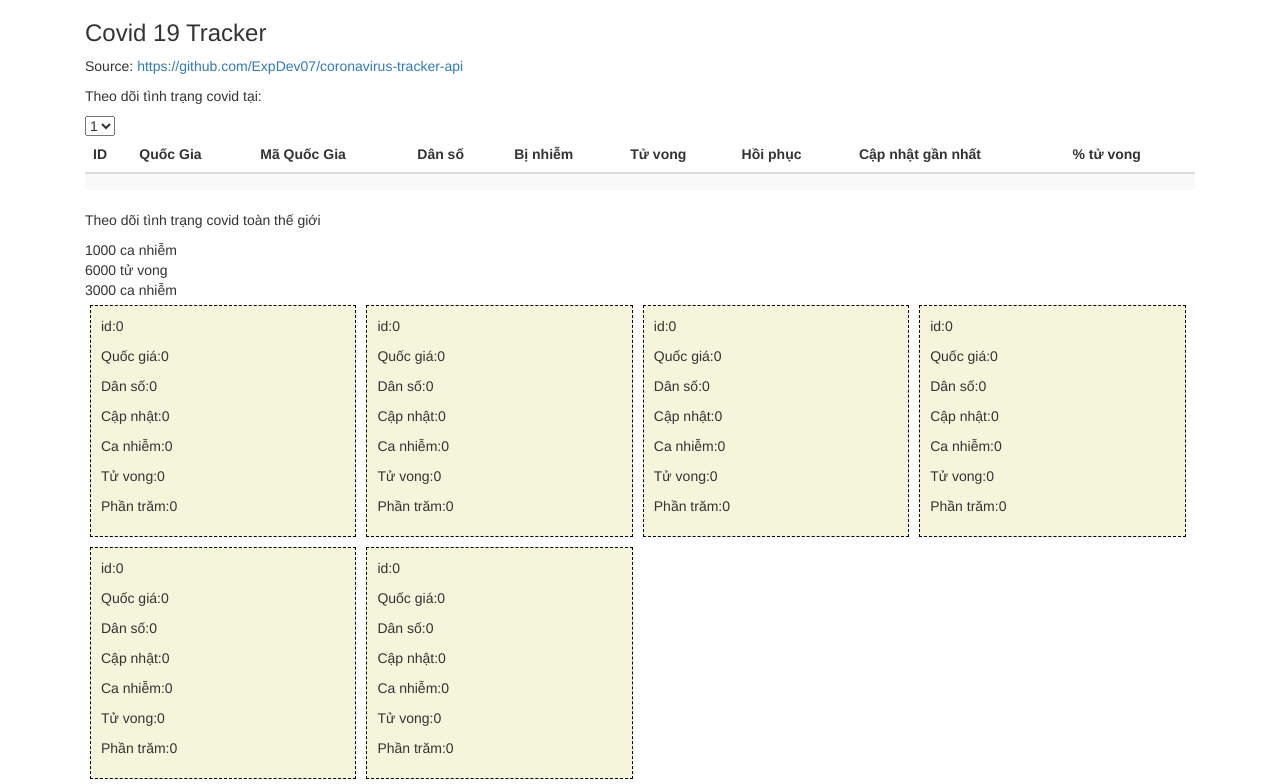
Repository: critdang/electro_store
Page: javascript_project/covid_tracker/index.html
An editor plug-in stored every save of this project. The page is shown before and after the next save, followed by the edit.
The browser window is 1280 px wide. The pictures show the whole page.
The page's requests for data from a server got no answer.

Above is the page before, as saved 2021-09-24 11:22:17.
Console error (its wording comes from the project's code and is left out).

### javascript_project/covid_tracker/index.html
<!DOCTYPE html>
<html lang="en">
<head>
    <meta charset="UTF-8">
    <meta name="viewport" content="width=device-width, initial-scale=1.0">
    <title>Covid Tracker</title>
        <!-- Latest compiled and minified CSS -->
    <link rel="stylesheet" href="https://maxcdn.bootstrapcdn.com/bootstrap/3.3.7/css/bootstrap.min.css" integrity="sha384-BVYiiSIFeK1dGmJRAkycuHAHRg32OmUcww7on3RYdg4Va+PmSTsz/K68vbdEjh4u" crossorigin="anonymous">

    <!-- Optional theme -->
    <link rel="stylesheet" href="https://maxcdn.bootstrapcdn.com/bootstrap/3.3.7/css/bootstrap-theme.min.css" integrity="sha384-rHyoN1iRsVXV4nD0JutlnGaslCJuC7uwjduW9SVrLvRYooPp2bWYgmgJQIXwl/Sp" crossorigin="anonymous">

    <style type="text/css">
        ul.list_world{
            padding: 0;
            margin: 0;
            list-style: none;
        }
        ul.list_world li{
            border: 1px dashed #000;
            width: 24%;
            padding: 10px;
            margin: 5px;
            background: beige;
            float: left;
        }
    </style>

</head>
<body>
    <div class ="container">
        <div class="col-md-12">
            <h3>Covid 19 Tracker</h3>
            <p> Source: <a href="">https://github.com/ExpDev07/coronavirus-tracker-api</a></p>

            <p>Theo dõi tình trạng covid tại: <div id:"title"></div></p>
            <select>
                <option>1</option>
            </select>
            <table class="table table-striped">
                <thead>
                  <tr>
                    <th>ID</th>
                    <th>Quốc Gia</th>
                    <th>Mã Quốc Gia</th>
                    <th>Dân số</th>
                    <th>Bị nhiễm</th>
                    <th>Tử vong</th>
                    <th>Hồi phục</th>
                    <th>Cập nhật gần nhất</th>
                    <th>% tử vong</th>

                  </tr>
                </thead>
                <tbody>
                  <tr>
                    <td><div id="id"></div></td>
                    <td><div id="quocgia"></div></td>
                    <td><div id="code"></div></td>
                    <td><div id="danso"></div></td>
                    <td><div id="canhiem"></div></td>
                    <td><div id="tuvong"></div></td>
                    <td><div id="hoiphuc"></div></td>
                    <td><div id="capnhat"></div></td>
                    <td><div id="phantram"></div></td>
                  </tr>
                  <tr>
                  </tr>
                </tbody>
              </table>
              <!---world-->
              <p>Theo dõi tình trạng covid toàn thế giới</p>
              <div id="total" >1000 ca nhiễm</div>
              <div id="total_tuvong" >6000 tử vong</div>
              <div id="total_phuchoi" >3000 ca nhiễm</div>
              <ul class="list_world">
                <li>
                    <p> id:0</p>
                    <p> Quốc giá:0</p>
                    <p> Dân số:0</p>
                    <p> Cập nhật:0</p>
                    <p> Ca nhiễm:0</p>
                    <p> Tử vong:0</p>
                    <p> Phần trăm:0</p>
                </li>
                <li>
                    <p> id:0</p>
                    <p> Quốc giá:0</p>
                    <p> Dân số:0</p>
                    <p> Cập nhật:0</p>
                    <p> Ca nhiễm:0</p>
                    <p> Tử vong:0</p>
                    <p> Phần trăm:0</p>
                </li>
                <li>
                    <p> id:0</p>
                    <p> Quốc giá:0</p>
                    <p> Dân số:0</p>
                    <p> Cập nhật:0</p>
                    <p> Ca nhiễm:0</p>
                    <p> Tử vong:0</p>
                    <p> Phần trăm:0</p>
                </li>
                <li>
                    <p> id:0</p>
                    <p> Quốc giá:0</p>
                    <p> Dân số:0</p>
                    <p> Cập nhật:0</p>
                    <p> Ca nhiễm:0</p>
                    <p> Tử vong:0</p>
                    <p> Phần trăm:0</p>
                </li>
                <li>
                    <p> id:0</p>
                    <p> Quốc giá:0</p>
                    <p> Dân số:0</p>
                    <p> Cập nhật:0</p>
                    <p> Ca nhiễm:0</p>
                    <p> Tử vong:0</p>
                    <p> Phần trăm:0</p>
                </li>
                <li>
                    <p> id:0</p>
                    <p> Quốc giá:0</p>
                    <p> Dân số:0</p>
                    <p> Cập nhật:0</p>
                    <p> Ca nhiễm:0</p>
                    <p> Tử vong:0</p>
                    <p> Phần trăm:0</p>
                </li>
              </ul>
        </div>
    </div>
</body>
<!-- Latest compiled and minified JavaScript -->
<script src="https://maxcdn.bootstrapcdn.com/bootstrap/3.3.7/js/bootstrap.min.js" integrity="sha384-Tc5IQib027qvyjSMfHjOMaLkfuWVxZxUPnCJA7l2mCWNIpG9mGCD8wGNIcPD7Txa" crossorigin="anonymous"></script>
<script type="text/javascript" src="app.js"></script>
<!--  phải để dưới body vì chạy cấu trúc DOM trước -->
</html>

### javascript_project/covid_tracker/app.js
getCovidWorld();
getCovidCountry();
function getCovidCountry(){
    fetch('https://coronavirus-tracker-api.herokuapp.com/v2/locations/274')
        .then(res => res.json())//trả về API kiểu json
        .then(data => {
            console.log(data)
            let id = data.location.id;
            let code = data.location.country_code;
            let quocgia = data.location.country;
            let danso = data.location.country_population;
            let capnhat = data.location.last_updated;
            let canhiem = data.location.latest.confirmed;
            let hoiphuc = data.location.latest.recovered;
            let tuvong = data.location.latest.deaths;


            document.getElementById('id').innerHTML = id;
            document.getElementById('quocgia').innerHTML = quocgia.toLocaleString("en");// hiện thị kiểu tiếng anh
            document.getElementById('code').innerHTML = code.toLocaleString("en");
            document.getElementById('danso').innerHTML = danso.toLocaleString("en");
            document.getElementById('capnhat').innerHTML = capnhat.substring(0,10);
            document.getElementById('canhiem').innerHTML = canhiem.toLocaleString("en");
            document.getElementById('tuvong').innerHTML = tuvong.toLocaleString("en");
            document.getElementById('hoiphuc').innerHTML = hoiphuc.toLocaleString("en");
            document.getElementById('phantram').innerHTML = ((Number(tuvong)/Number(canhiem))*100).toLocaleString("en",{minimumFractionDigits:2,maximumFractionDigits:2})+"%";

        });//data
}
function getCovidWorld(){
    fetch('https://coronavirus-tracker-api.herokuapp.com/v2/locations')
    .then(res => res.json())//trả về API kiểu json
    .then(data => {
        const html = data.locations.map(covid => {
            // tất cả dữ liệu bỏ vào biến covid
            const id = data.location.id;
            const code = data.location.country_code;
            const quocgia = data.location.country;
            const danso = data.location.country_population;
            const capnhat = data.location.last_updated;
            const canhiem = data.location.latest.confirmed;
            const hoiphuc = data.location.latest.recovered;
            const tuvong = data.location.latest.deaths;


        // document.getElementById('id').innerHTML = id;
        // document.getElementById('quocgia').innerHTML = quocgia.toLocaleString("en");// hiện thị kiểu tiếng anh
        // document.getElementById('code').innerHTML = code.toLocaleString("en");
        // document.getElementById('danso').innerHTML = danso.toLocaleString("en");
        // document.getElementById('capnhat').innerHTML = capnhat.substring(0,10);
        // document.getElementById('canhiem').innerHTML = canhiem.toLocaleString("en");
        // document.getElementById('tuvong').innerHTML = tuvong.toLocaleString("en");
        // document.getElementById('hoiphuc').innerHTML = hoiphuc.toLocaleString("en");
        // document.getElementById('phantram').innerHTML = ((Number(tuvong)/Number(canhiem))*100).toLocaleString("en",{minimumFractionDigits:2,maximumFractionDigits:2})+"%";
            return `
            <ul class="list_world">
                <li>
                    <p> id:0</p>
                    <p> Quốc giá:0</p>
                    <p> Dân số:0</p>
                    <p> Cập nhật:0</p>
                    <p> Ca nhiễm:0</p>
                    <p> Tử vong:0</p>
                    <p> Phần trăm:0</p>
                </li>
              </ul>
            `
    }).join("");
    document.getElementById("list").insertAdjacentHTML("afterbegin",html);
    });
}

After the next save:
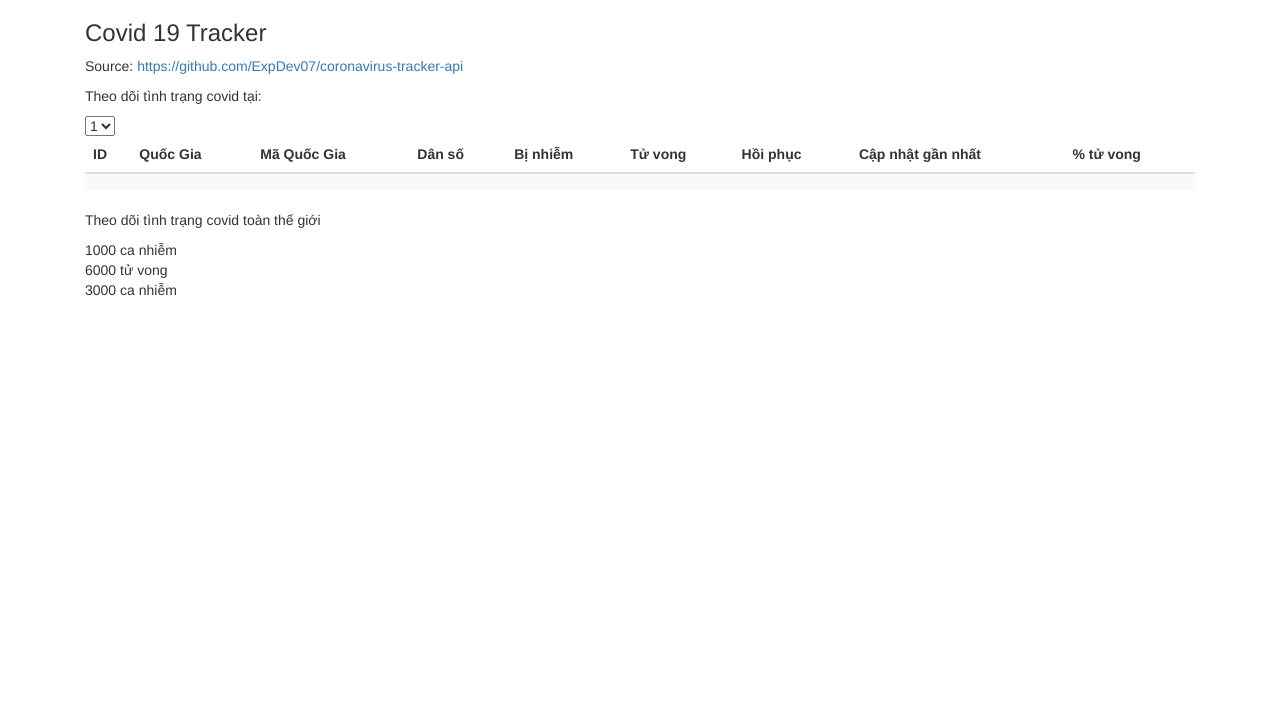
Saved 28 s later.
--- a/javascript_project/covid_tracker/index.html
+++ b/javascript_project/covid_tracker/index.html
@@ -73,62 +73,7 @@
               <div id="total" >1000 ca nhiễm</div>
               <div id="total_tuvong" >6000 tử vong</div>
               <div id="total_phuchoi" >3000 ca nhiễm</div>
-              <ul class="list_world">
-                <li>
-                    <p> id:0</p>
-                    <p> Quốc giá:0</p>
-                    <p> Dân số:0</p>
-                    <p> Cập nhật:0</p>
-                    <p> Ca nhiễm:0</p>
-                    <p> Tử vong:0</p>
-                    <p> Phần trăm:0</p>
-                </li>
-                <li>
-                    <p> id:0</p>
-                    <p> Quốc giá:0</p>
-                    <p> Dân số:0</p>
-                    <p> Cập nhật:0</p>
-                    <p> Ca nhiễm:0</p>
-                    <p> Tử vong:0</p>
-                    <p> Phần trăm:0</p>
-                </li>
-                <li>
-                    <p> id:0</p>
-                    <p> Quốc giá:0</p>
-                    <p> Dân số:0</p>
-                    <p> Cập nhật:0</p>
-                    <p> Ca nhiễm:0</p>
-                    <p> Tử vong:0</p>
-                    <p> Phần trăm:0</p>
-                </li>
-                <li>
-                    <p> id:0</p>
-                    <p> Quốc giá:0</p>
-                    <p> Dân số:0</p>
-                    <p> Cập nhật:0</p>
-                    <p> Ca nhiễm:0</p>
-                    <p> Tử vong:0</p>
-                    <p> Phần trăm:0</p>
-                </li>
-                <li>
-                    <p> id:0</p>
-                    <p> Quốc giá:0</p>
-                    <p> Dân số:0</p>
-                    <p> Cập nhật:0</p>
-                    <p> Ca nhiễm:0</p>
-                    <p> Tử vong:0</p>
-                    <p> Phần trăm:0</p>
-                </li>
-                <li>
-                    <p> id:0</p>
-                    <p> Quốc giá:0</p>
-                    <p> Dân số:0</p>
-                    <p> Cập nhật:0</p>
-                    <p> Ca nhiễm:0</p>
-                    <p> Tử vong:0</p>
-                    <p> Phần trăm:0</p>
-                </li>
-              </ul>
+              <div id="list"></div>
         </div>
     </div>
 </body>
